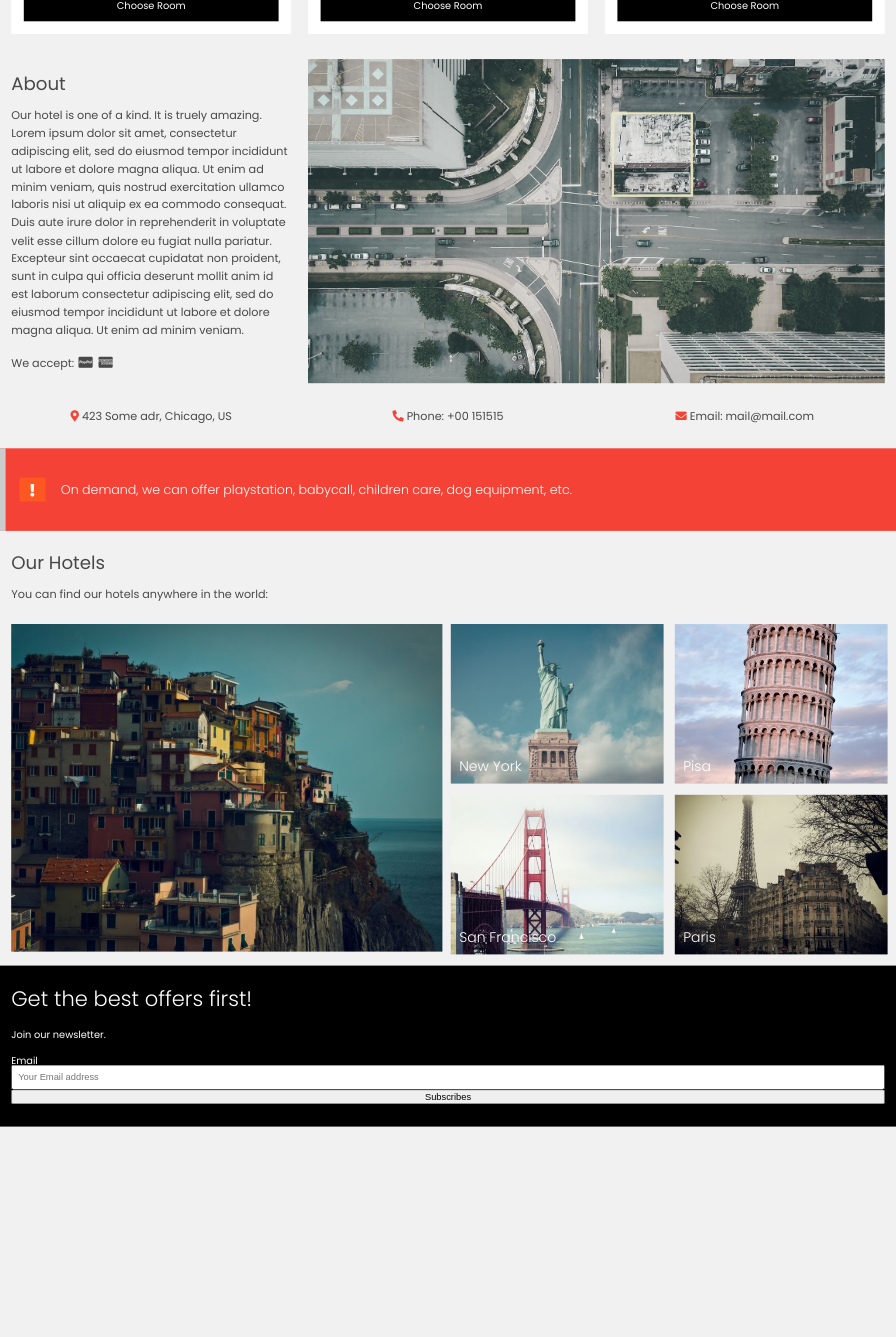
Repository: phamhuuloc/Travel_Template
Page: index.html
These files come from the project's save history. The page is drawn as it stood at one moment and after the next save; the edit follows.
The browser window is 1280 px wide. The pictures show the part of the page from y = 1468 to 3388 px (the page is 3378 px tall before and 3388 px after), at 70% of full size.
The style sheet was rebuilt from its Sass, Less or Tailwind sources for each picture, by a compiler version that may differ from the author's.

Above is the page before, as saved 2021-09-18 16:00:13.

After the next save:
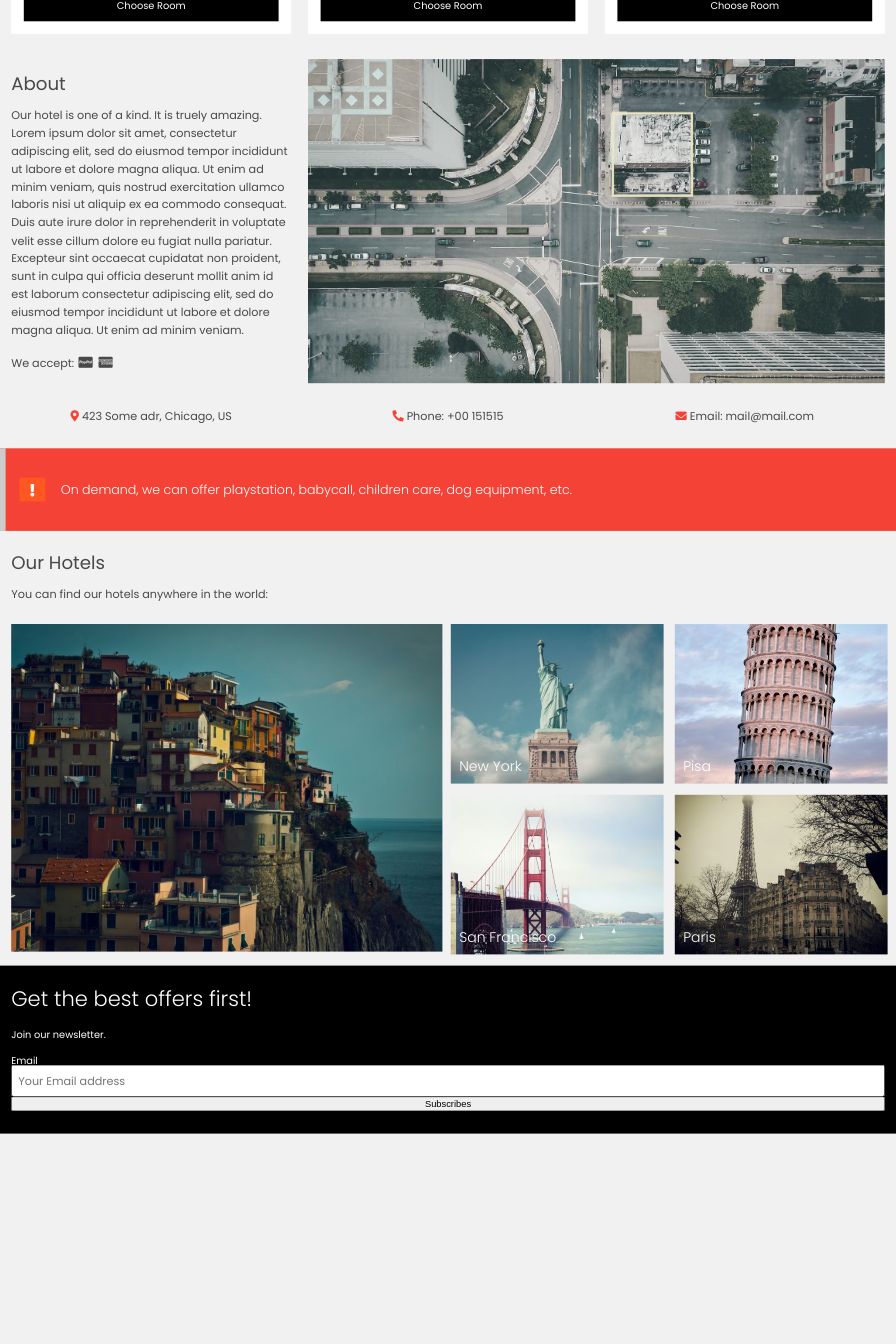
Saved 16 s later.
--- a/assets/main.scss
+++ b/assets/main.scss
@@ -343,8 +343,10 @@ sup {
     font-size: 1.4rem;
   }
   &__input {
+    font-family: "Poppins", sans-serif;
+
     padding: 8px;
     width: 100%;
-    font-size: 1.6;
-  }
-}
+    font-size: 1.6rem;
+  }
+}
